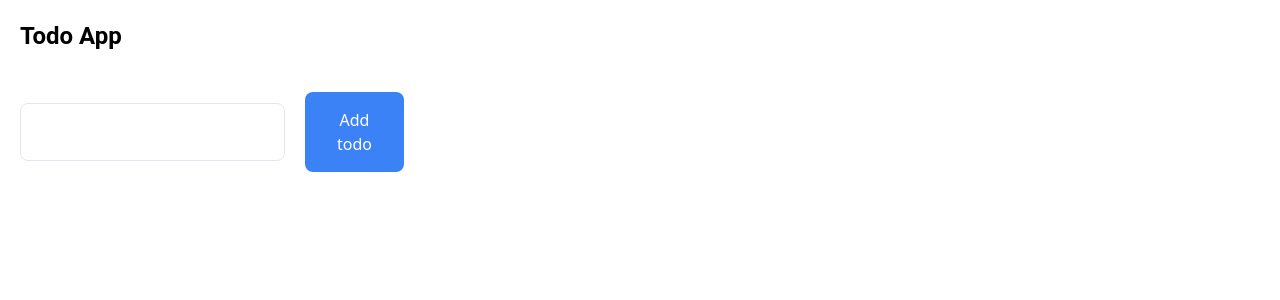
Repository: vophuocthanh/react-typescript
Page: /
These files come from the project's save history. The page is drawn as it stood at one moment and after the next save; the edit follows.
The browser window is 1280 px wide. The pictures show the whole page.
The project was rebuilt for these pictures with package versions that can differ from the ones it lists, and the page was loaded fresh each time. Also part of the build but not shown: vite.config.ts.

Above is the page before, as saved 2023-04-07 13:19:23.

After the next save:
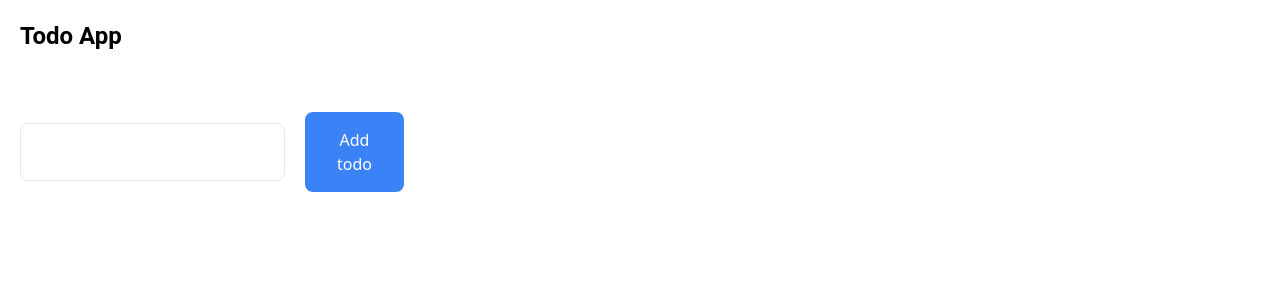
Saved 108 s later.
--- a/src/App.tsx
+++ b/src/App.tsx
@@ -54,6 +54,10 @@ const App = () => {
               </button>
             </div>
           )}
+        ></RenderList>
+        <RenderList
+          items={products}
+          render={(products) => <div></div>}
         ></RenderList>
         {/* <div className="flex flex-col mb-5 gap-y-5">
           {todos.map((todo) => (
